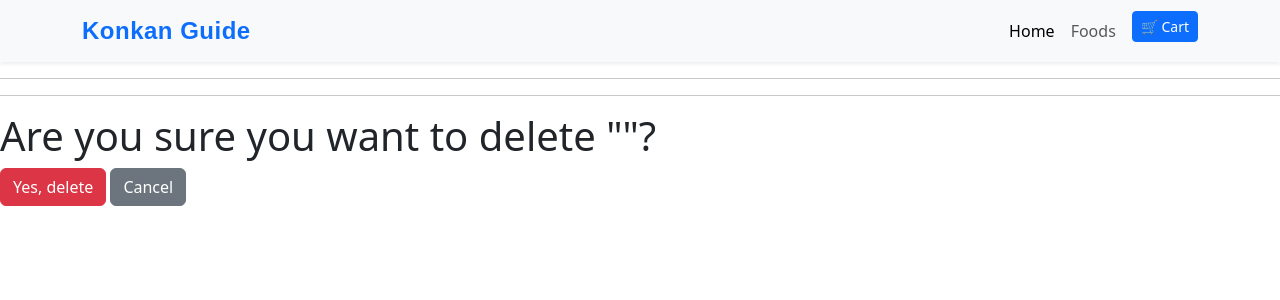
Repository: Indranil-sawant/konkan
Page: food/templates/food/delete.html
The author's editor kept a copy of each file at every save. The page is drawn from the files as they stood at one save, then again after the next save.
The browser window is 1280 px wide. The pictures show the whole page.
The template is drawn by Django 5.2. The application's start-up code is not run. The template is opened directly, without the code that normally fills it, so the values that code supplies are empty.

Above is the page before, as saved 2025-11-15 13:25:47.

After the next save:
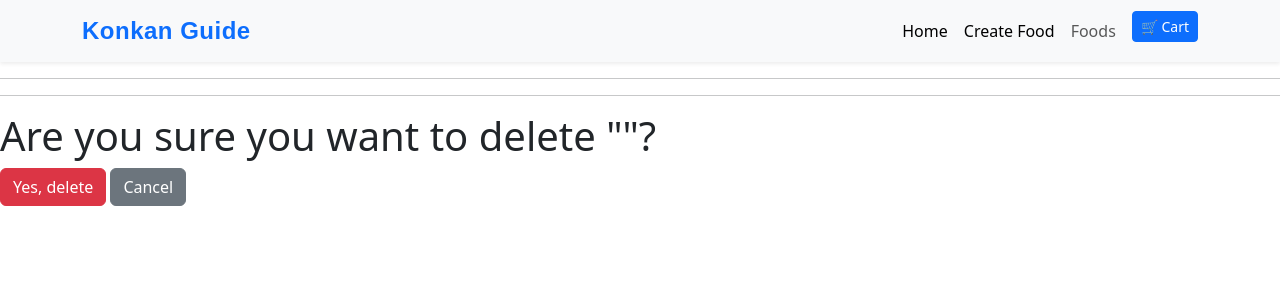
Saved 101 s later.
--- a/templates/navbar.html
+++ b/templates/navbar.html
@@ -22,6 +22,9 @@
       <ul class="navbar-nav mb-2 mb-lg-0">
         <li class="nav-item">
           <a class="nav-link active" href="{% url 'home' %}">Home</a>
+        </li>
+        <li class="nav-item">
+          <a class="nav-link active" href="{% url 'create_food' %}">Create Food</a>
         </li>
           <li class="nav-item">
           <a class="nav-link" href="{% url 'food_home' %}">Foods</a>
